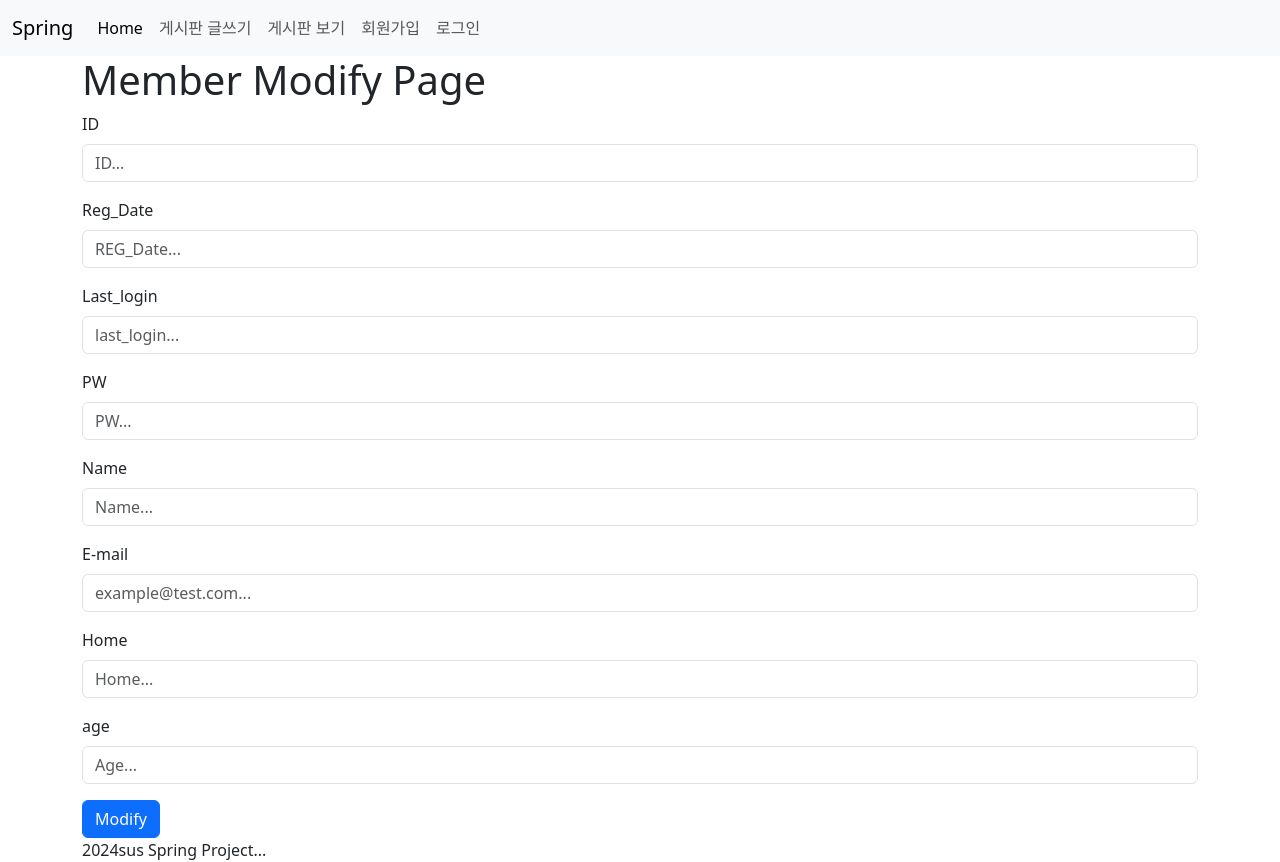
Repository: Ceciliaseon/springTest20240430
Page: http://localhost/spring_study/WEB-INF/views/member/modify.jsp
These files come from the project's save history. The page is drawn as it stood at one moment and after the next save; the edit follows.
The browser window is 1280 px wide. The pictures show the whole page.
The page is served by Tomcat 9. Nobody is signed in. The template is opened directly, without the code that normally fills it, so the values that code supplies are empty.

Above is the page before, as saved 2024-04-25 09:08:23.

### spring_study/src/main/webapp/WEB-INF/views/member/modify.jsp
<%@ page language="java" contentType="text/html; charset=UTF-8"
    pageEncoding="UTF-8"%>
<jsp:include page="../layout/header.jsp" />

<div class="container-md">
	<h1>Member Modify Page</h1>
	<form action="/member/register" method="post">
		<div class="mb-3">
		  <label for="i" class="form-label">ID</label>
		  <input type="text" class="form-control" name="id" id="i" readonly="readonly" value="${ses.id }" placeholder="ID...">
		</div>
		<div class="mb-3">
		  <label for="i" class="form-label">Reg_Date</label>
		  <input type="text" class="form-control" name="reg_date" id="i" readonly="readonly" value="${ses.reg_date }" placeholder="REG_Date...">
		</div>
		<div class="mb-3">
		  <label for="i" class="form-label">Last_login</label>
		  <input type="text" class="form-control" name="last_login" id="i" readonly="readonly" value="${ses.last_login }" placeholder="last_login...">
		</div>
		<div class="mb-3">
		  <label for="p" class="form-label">PW</label>
		  <input type="password" class="form-control" name="pw" id="p" placeholder="PW...">
		</div>
		<div class="mb-3">
		  <label for="n" class="form-label">Name</label>
		  <input type="text" class="form-control" name="name" id="n" value="${ses.name }" placeholder="Name...">
		</div>
		<div class="mb-3">
		  <label for="e" class="form-label">E-mail</label>
		  <input type="email" class="form-control" name="email" id="e" value="${ses.email }" placeholder="example@test.com...">
		</div>
		<div class="mb-3">
		  <label for="h" class="form-label">Home</label>
		  <input type="text" class="form-control" name="home" id="h" value="${ses.home }" placeholder="Home...">
		</div>
		<div class="mb-3">
		  <label for="a" class="form-label">age</label>
		  <input type="text" class="form-control" name="age" id="a" value="${ses.age }" placeholder="Age...">
		</div>
		<button type="submit" class="btn btn-primary">Modify</button>
	</form>
</div>

<jsp:include page="../layout/footer.jsp" />

### spring_study/src/main/webapp/WEB-INF/views/layout/header.jsp
<%@ page language="java" contentType="text/html; charset=UTF-8"
    pageEncoding="UTF-8"%>
    <%@ taglib uri="http://java.sun.com/jsp/jstl/core" prefix="c"%>
<!DOCTYPE html>
<html>
<head>
<meta charset="UTF-8">
<title>header.jsp</title>
<link href="https://cdn.jsdelivr.net/npm/bootstrap@5.3.3/dist/css/bootstrap.min.css" rel="stylesheet" integrity="sha384-QWTKZyjpPEjISv5WaRU9OFeRpok6YctnYmDr5pNlyT2bRjXh0JMhjY6hW+ALEwIH" crossorigin="anonymous">
<script src="https://cdn.jsdelivr.net/npm/bootstrap@5.3.3/dist/js/bootstrap.bundle.min.js" integrity="sha384-YvpcrYf0tY3lHB60NNkmXc5s9fDVZLESaAA55NDzOxhy9GkcIdslK1eN7N6jIeHz" crossorigin="anonymous"></script>
</head>
<body>

<nav class="navbar navbar-expand-lg bg-body-tertiary">
  <div class="container-fluid">
    <a class="navbar-brand" href="#">Spring</a>
    <button class="navbar-toggler" type="button" data-bs-toggle="collapse" data-bs-target="#navbarSupportedContent" aria-controls="navbarSupportedContent" aria-expanded="false" aria-label="Toggle navigation">
      <span class="navbar-toggler-icon"></span>
    </button>
    <div class="collapse navbar-collapse" id="navbarSupportedContent">
      <ul class="navbar-nav me-auto mb-2 mb-lg-0">
        <li class="nav-item">
          <a class="nav-link active" aria-current="page" href="#">Home</a>
        </li>
        <li class="nav-item">
          <a class="nav-link" href="/board/register">게시판 글쓰기</a>
        </li>
        <li class="nav-item">
          <a class="nav-link" href="/board/list">게시판 보기</a>
        </li>
        <li class="nav-item">
          <a class="nav-link" href="/member/register">회원가입</a>
        </li>
        <c:if test="${ses.id eq null }">
	        <li class="nav-item">
	          <a class="nav-link" href="/member/login">로그인</a>
	        </li>
        </c:if>
        <c:if test="${ses.id ne null }">
	        <li class="nav-item">
	          <a class="nav-link" href="/member/logout">로그아웃</a>
	        </li>
	        <li class="nav-item">
	          <a class="nav-link" href="/member/modify">${ses.id } (${ses.email }) welcome!</a>
	        </li>
        </c:if>
      </ul>
    </div>
  </div>
</nav>

### spring_study/src/main/webapp/WEB-INF/views/layout/footer.jsp
<%@ page language="java" contentType="text/html; charset=UTF-8"
    pageEncoding="UTF-8"%>

<div class="container-md">
	2024sus Spring Project...
</div>

</body>
</html>

After the next save:
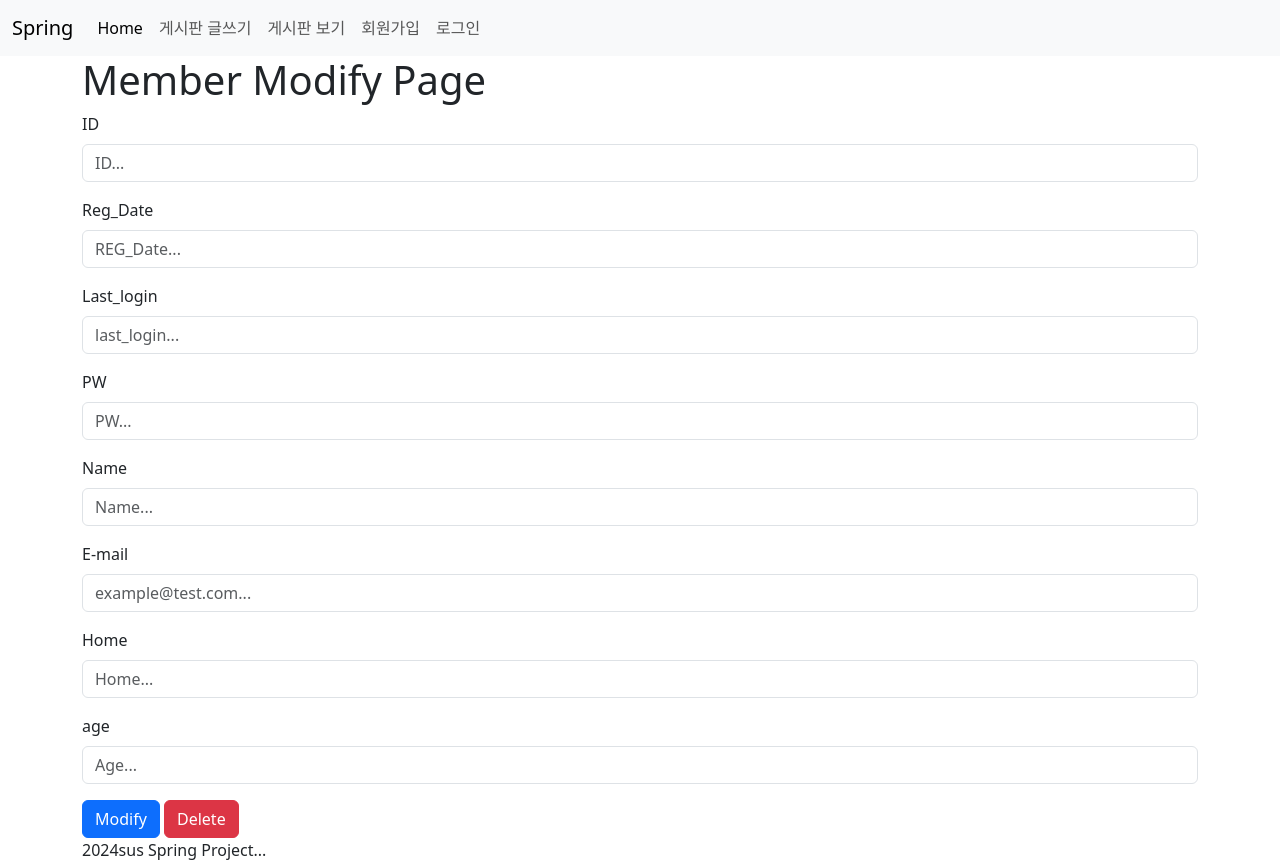
Saved 27 s later.
--- a/spring_study/src/main/webapp/WEB-INF/views/member/modify.jsp
+++ b/spring_study/src/main/webapp/WEB-INF/views/member/modify.jsp
@@ -38,6 +38,7 @@
 		  <input type="text" class="form-control" name="age" id="a" value="${ses.age }" placeholder="Age...">
 		</div>
 		<button type="submit" class="btn btn-primary">Modify</button>
+		<a><button type="button" class="btn btn-danger">Delete</button></a>
 	</form>
 </div>
 
